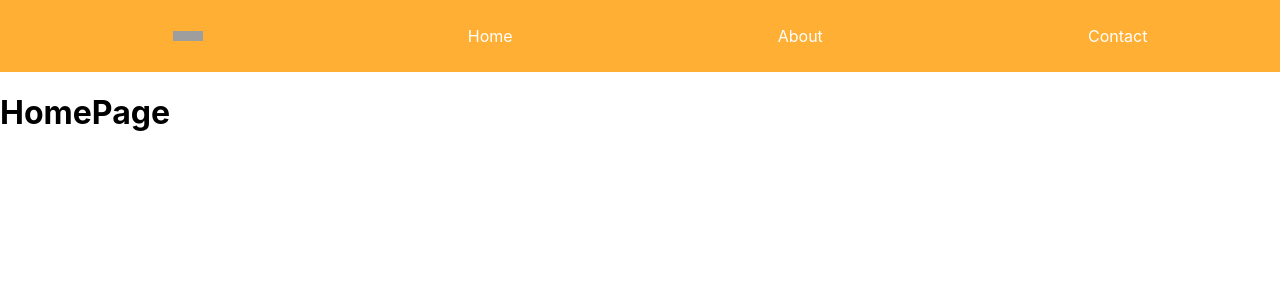
Repository: Toydrum/React-HectorCoronado
Page: /
The author's editor kept a copy of each file at every save. The page is drawn from the files as they stood at one save, then again after the next save.
The browser window is 1280 px wide. The pictures show the whole page.
Pictures or frames that could not be fetched are drawn as grey boxes. The page's requests for data from a server got no answer. The project was rebuilt for these pictures with package versions that can differ from the ones it lists, and the page was loaded fresh each time. No one was signed in, and anything a server would have sent is missing. Also part of the build but not shown: src/components/CardUser/CardUser.jsx, src/pages/ContactPage/ContactPage.jsx, src/pages/AboutPage/AboutPage.jsx, src/pages/DetailPage/DetailPage.jsx.

Above is the page before, as saved 2023-06-17 07:02:50.

### src/App.jsx
import React from "react";
import "./App.css";
import { BrowserRouter as Router, Routes, Route } from "react-router-dom";
//Components
import NavBar from "./components/Navbar/Navbar";

//Pages
import HomePage from "./pages/HomePage/HomePage";
import ContactPage from "./pages/ContactPage/ContactPage";
import AboutPage from "./pages/AboutPage/AboutPage";
import DetailPage from "./pages/DetailPage/DetailPage";
function App() {
  return (
    <Router>
      <div className="App">
        <NavBar />
        <Routes>
          <Route path="/" element={<HomePage />}></Route>
          <Route path="/About" element={<AboutPage />}></Route>
          <Route path="/Contact" element={<ContactPage />}></Route>
          <Route path="/detail/:id" element={<DetailPage />}></Route>
        </Routes>
        <div className="Cards-Container"></div>
      </div>
    </Router>
  );
}

export default App;

### src/App.css
.App {
  display: flex;
  flex-direction: column;
  justify-content: center;
}

.Cards-Container{
  display: flex;
  width: 100%;
  justify-content: center;
}

### src/components/Navbar/Navbar.jsx
import React from "react";
import "./Navbar.css";
import logo from "./cat-logo.svg";

import { Link } from "react-router-dom";

const NavBar = () => {
  return (
    <nav className="nav-container">
      <ul className="nav-ul">
        <img src={logo} alt="gatito" style={{ height: 10, width: 30 }} />
        <Link className="li" to="/">
          Home
        </Link>
        <Link className="li" to="/about">
          About
        </Link>
        <Link className="li" to="/contact">
          Contact
        </Link>
      </ul>
    </nav>
  );
};

export default NavBar;

### src/pages/HomePage/HomePage.jsx
import React from "react";
import CardList from "../../components/CardList/CardList";

const HomePage = () => {
  return (
    <div>
      <h1>HomePage</h1>
      <CardList />
    </div>
  );
};

export default HomePage;

### src/components/Navbar/Navbar.css
.nav-container {
  background-color: #FFAF33;
  height: 10vh;
  display: flex;
  width: 100%;
  justify-content: space-around;
  align-items: center;
}

.nav-ul {
  display: flex;
  width: 100%;
  justify-content: space-around;
  align-items: center;
}

.li {
  color: white;
  list-style-type: none;
  text-decoration: none;
}

### src/components/CardList/CardList.jsx
import React, { useState, useEffect } from "react";
import CardUser from "../CardUser/CardUser";
import "./CardList.css";
import { Link } from "react-router-dom";

console.log(process.env);
const CardList = () => {
  const [users, setUsers] = useState([]);

  useEffect(() => {
    fetch(process.env.REACT_APP_BASE_URL)
      .then((response) => response.json())
      .then((data) => setUsers(data));
  }, []);

  return (
    <div className="Cards-List">
      {users.map((user) => {
        return (
          <Link to={`detail/${user.id}`}>
            <div key={user.id}>
              <CardUser data={user} />
            </div>
          </Link>
        );
      })}
    </div>
  );
};

export default CardList;

### src/components/CardList/CardList.css
.Cards-List{
  display: grid;
  justify-content: space-around;
  align-content: space-around;
  align-items: center;
  grid-template-columns: 1fr 1fr 1fr;
}

Loaded but not shown: public/index.html (common file); src/index.js (common file); src/index.css (common file)

After the next save:
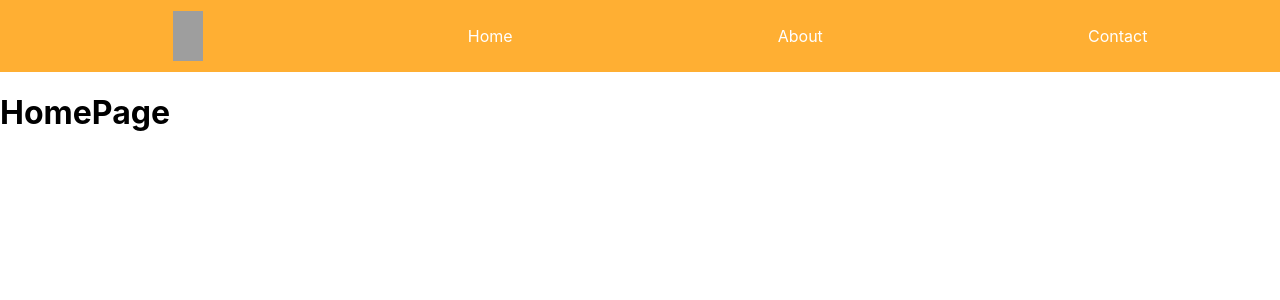
Saved 7 s later.
--- a/src/components/Navbar/Navbar.jsx
+++ b/src/components/Navbar/Navbar.jsx
@@ -8,7 +8,7 @@ const NavBar = () => {
   return (
     <nav className="nav-container">
       <ul className="nav-ul">
-        <img src={logo} alt="gatito" style={{ height: 10, width: 30 }} />
+        <img src={logo} alt="gatito" style={{ height: 50, width: 30 }} />
         <Link className="li" to="/">
           Home
         </Link>
